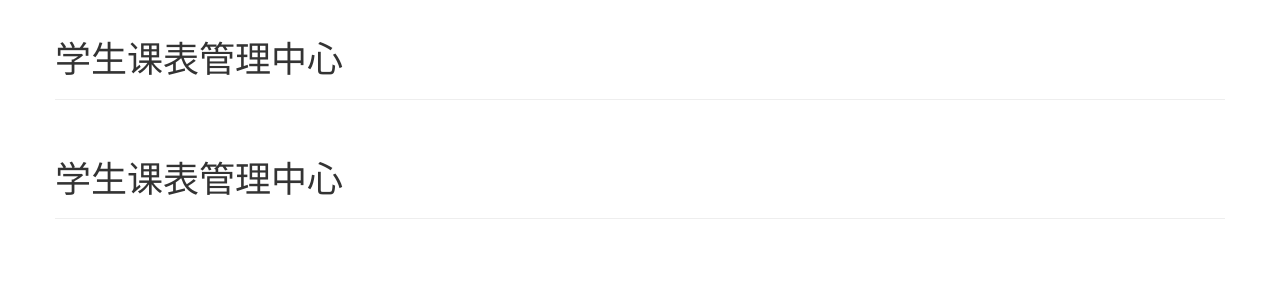
Repository: JetChen07/mybatis
Page: http://localhost/course/
The author's editor kept a copy of each file at every save. The page is drawn from the files as they stood at one save, then again after the next save.
The browser window is 1280 px wide. The pictures show the whole page.
The page is served by Tomcat 9. Other server files are loaded and not shown.

Above is the page before, as saved 2018-05-21 08:12:44.

### course/src/main/webapp/index.jsp
<%@ page contentType="text/html;charset=UTF-8" language="java" %>
<%@ taglib prefix="c" uri="http://java.sun.com/jsp/jstl/core"%>
<%@ taglib prefix="fmt" uri="http://java.sun.com/jsp/jstl/fmt" %>
<html>
<head>
    <title>学生课表管理中心</title>
    <link rel="stylesheet" href="lib/bootstrap-3.3.7-dist/css/bootstrap.min.css">
    <script src="lib/2.2.4/jquery-1.12.4.min.js"></script>
    <script src="lib/bootstrap-3.3.7-dist/js/bootstrap.min.js"></script>
</head>
<div class="container">
    <div class="row">
        <div class="page-header">
            <h1>学生课表管理中心</h1>
        </div>
    </div>
    <div class="row">
    	<div class="page-header">
            <h1>学生课表管理中心</h1>
        </div>
    </div>
</div>
</html>

Loaded but not shown: course/src/main/webapp/lib/bootstrap-3.3.7-dist/css/bootstrap.min.css (library); course/src/main/webapp/lib/2.2.4/jquery-1.12.4.min.js (library); course/src/main/webapp/lib/bootstrap-3.3.7-dist/js/bootstrap.min.js (library)

After the next save:
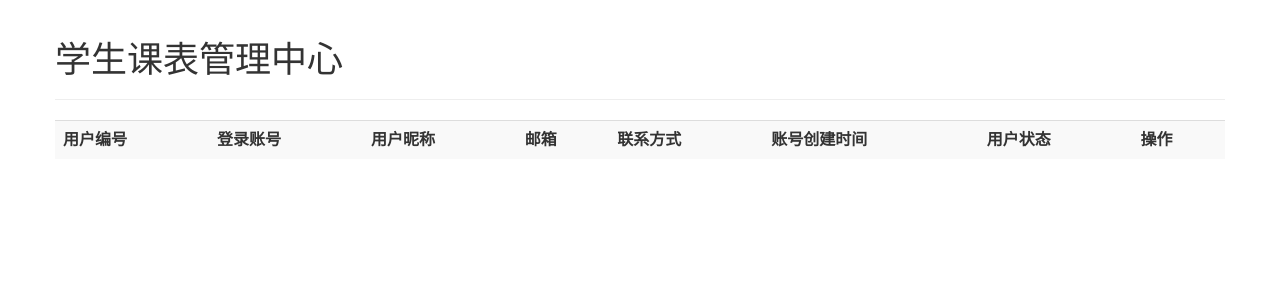
Saved 17 s later.
--- a/course/src/main/webapp/index.jsp
+++ b/course/src/main/webapp/index.jsp
@@ -15,9 +15,17 @@
         </div>
     </div>
     <div class="row">
-    	<div class="page-header">
-            <h1>学生课表管理中心</h1>
-        </div>
+    	 <table class="table table-hover table-striped">
+            <tr>
+                <th>用户编号</th>
+                <th>登录账号</th>
+                <th>用户昵称</th>
+                <th>邮箱</th>
+                <th>联系方式</th>
+                <th>账号创建时间</th>
+                <th>用户状态</th>
+                <th>操作</th>
+            </tr>
     </div>
 </div>
 </html>
